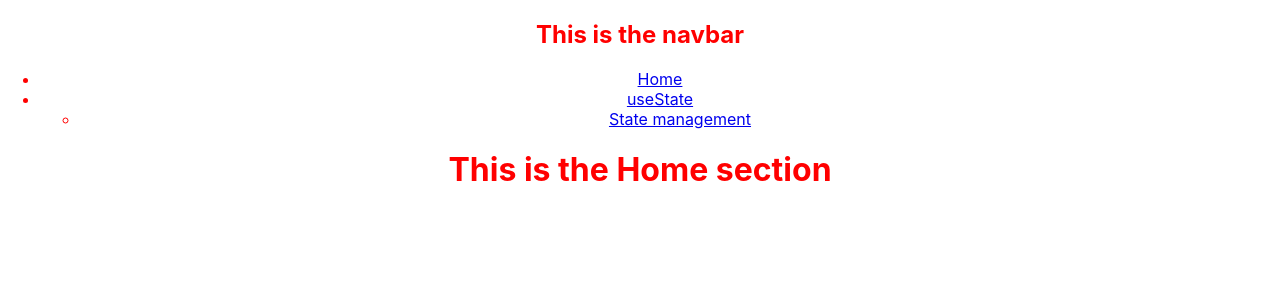
Repository: Colo-Codes/react-hooks-use-cases
Page: /
An editor plug-in stored every save of this project. The page is shown before and after the next save, followed by the edit.
The browser window is 1280 px wide. The pictures show the whole page.
The project was rebuilt for these pictures with package versions that can differ from the ones it lists, and the page was loaded fresh each time. Also part of the build but not shown: src/components/UseCaseUseState/UseCaseUseState.js, src/components/UseCaseUseState/UseCaseStateManagement/UseCaseStateManagement.js.

Above is the page before, as saved 2021-09-07 09:20:47.

### src/App.js
import classes from './App.module.css';
import { BrowserRouter as Router, Route, Switch } from 'react-router-dom';
import React from 'react';
import Home from './components/Home/Home';
import UseCaseUseState from './components/UseCaseUseState/UseCaseUseState';
import Navbar from './components/Navbar/Navbar';
import UseCaseStateManagement from './components/UseCaseUseState/UseCaseStateManagement/UseCaseStateManagement';

function App() {
  return (
    <div className={classes.main}>
      <Router>
        <Navbar />
        <Switch>
          <Route exact path="/">
            <Home />
          </Route>
          <Route exact path="/usestate">
            <UseCaseUseState />
          </Route>
          <Route path="/usestate/state-management">
            <UseCaseStateManagement />
          </Route>
        </Switch>
      </Router>
    </div>
  );
};

export default App;

### src/App.module.css
.main {
  color: red;
  text-align: center;
}

### src/components/Home/Home.js
const Home = props => {
    return (
        <h1>This is the Home section</h1>
    );
};

export default Home;

### src/components/Navbar/Navbar.js
import { Link } from "react-router-dom";

const Navbar = props => {
    return (
        <nav>
            <h1>This is the navbar</h1>
            <ul>
                <li><Link to="/">Home</Link></li>
                <li><Link to="/usestate">useState</Link>
                    <ul>
                        <li><Link to="/usestate/state-management">State management</Link></li>
                    </ul>
                </li>
            </ul>
        </nav>
    );
};

export default Navbar;

Loaded but not shown: public/index.html (common file); src/index.js (common file); src/index.css (common file); src/reportWebVitals.js (common file)

After the next save:
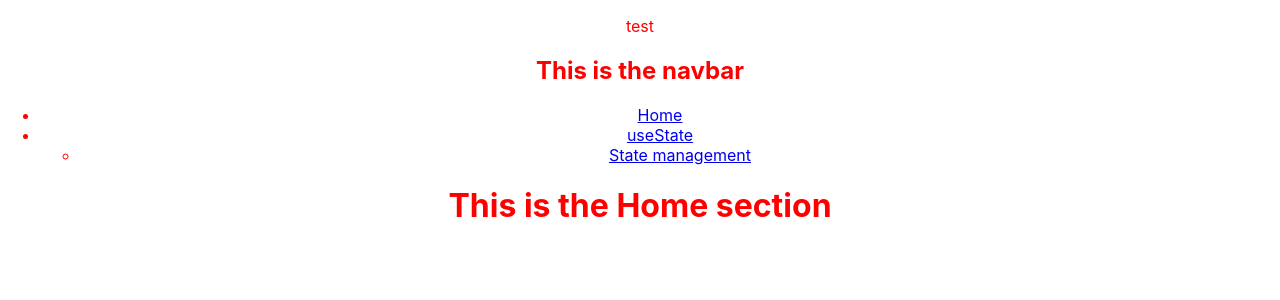
Saved 10 s later.
--- a/src/App.js
+++ b/src/App.js
@@ -9,6 +9,7 @@
 function App() {
   return (
     <div className={classes.main}>
+      <p>test</p>
       <Router>
         <Navbar />
         <Switch>

After the save that followed:
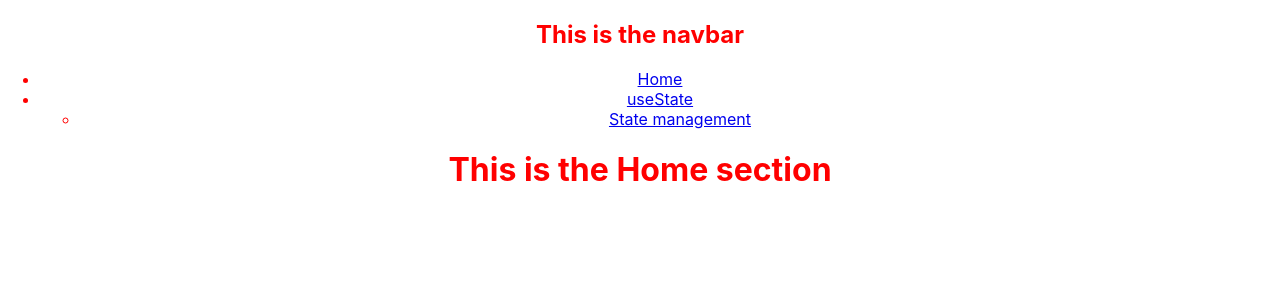
Saved 13 s later.
--- a/src/App.js
+++ b/src/App.js
@@ -9,7 +9,6 @@
 function App() {
   return (
     <div className={classes.main}>
-      <p>test</p>
       <Router>
         <Navbar />
         <Switch>
